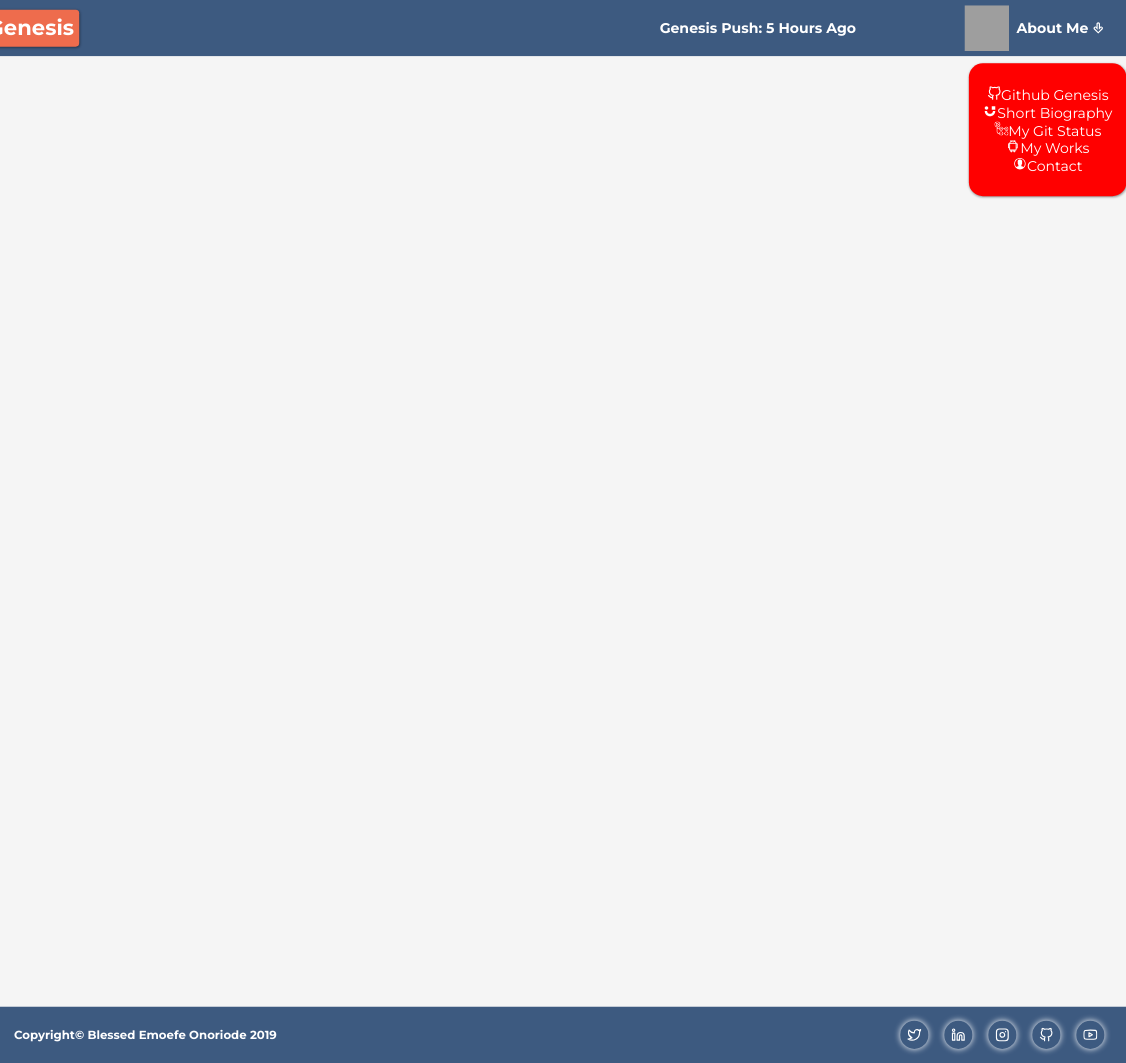
Repository: BlessedEmoefe/github-genesis
Page: /
These files come from the project's save history. The page is drawn as it stood at one moment and after a run of saves; the edit follows.
The browser window is 1280 px wide. The pictures show the whole page, at 88% of full size.
Pictures or frames that could not be fetched are drawn as grey boxes. The project was rebuilt for these pictures with package versions that can differ from the ones it lists, and the page was loaded fresh each time.

Above is the page before, as saved 2021-03-24 17:41:40.

After the next 2 saves:
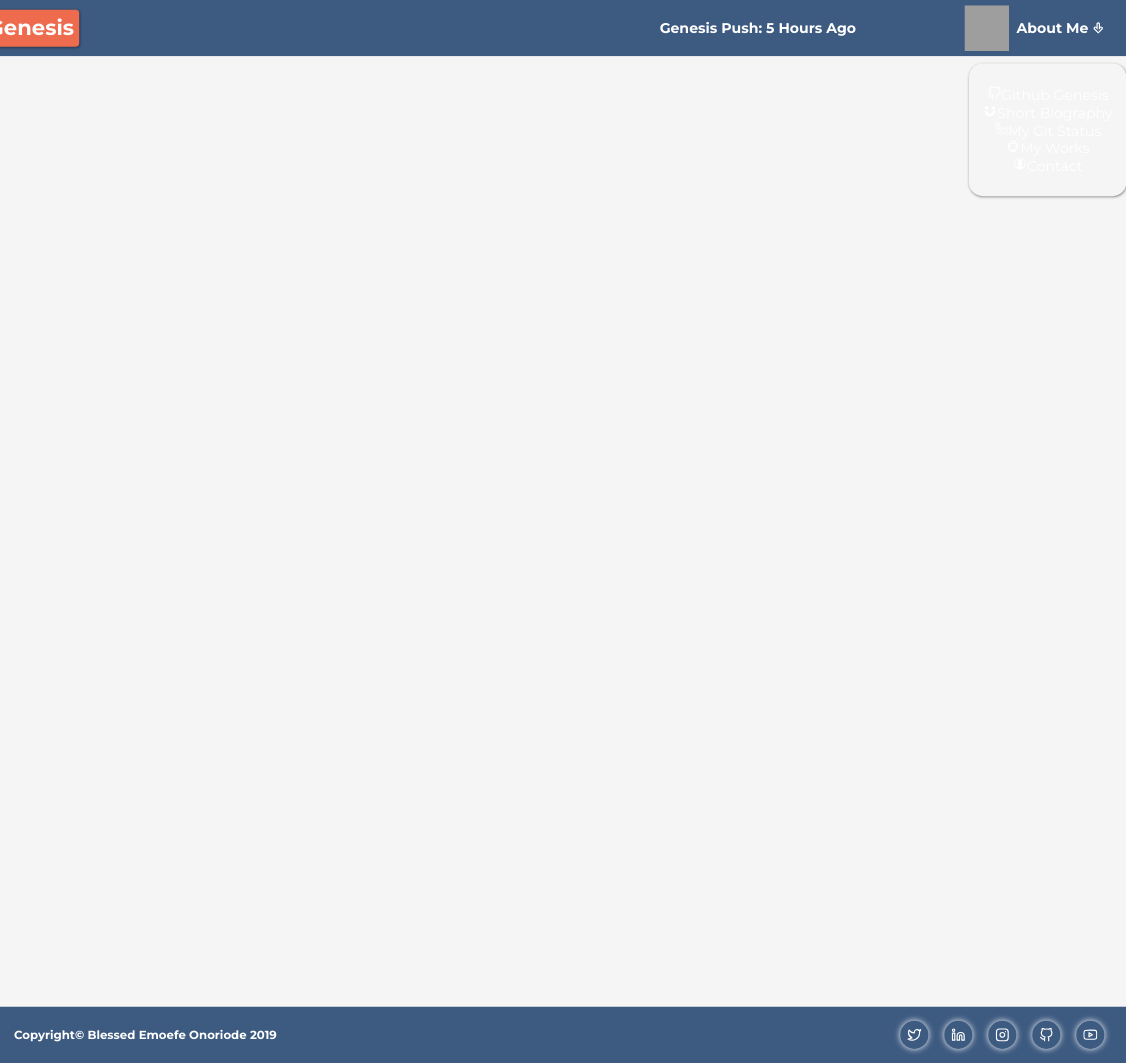
The 2 saves are shown as one change because they came seconds apart.
The last was saved 11 s later.
--- a/src/component/profile/styles.js
+++ b/src/component/profile/styles.js
@@ -31,7 +31,7 @@ export const ProfileStyles = styled.div`
     width: max-content;
     padding: 1.6rem 1rem;
     box-shadow: 1px 1px 3px rgba(0, 0, 0, 0.3), 0 1px 3px rgba(0, 0, 0, 0.2);
-    background: red;
+    background: whitesmoke;
     position: absolute;
     right: 0;
     top: 4.5rem;
